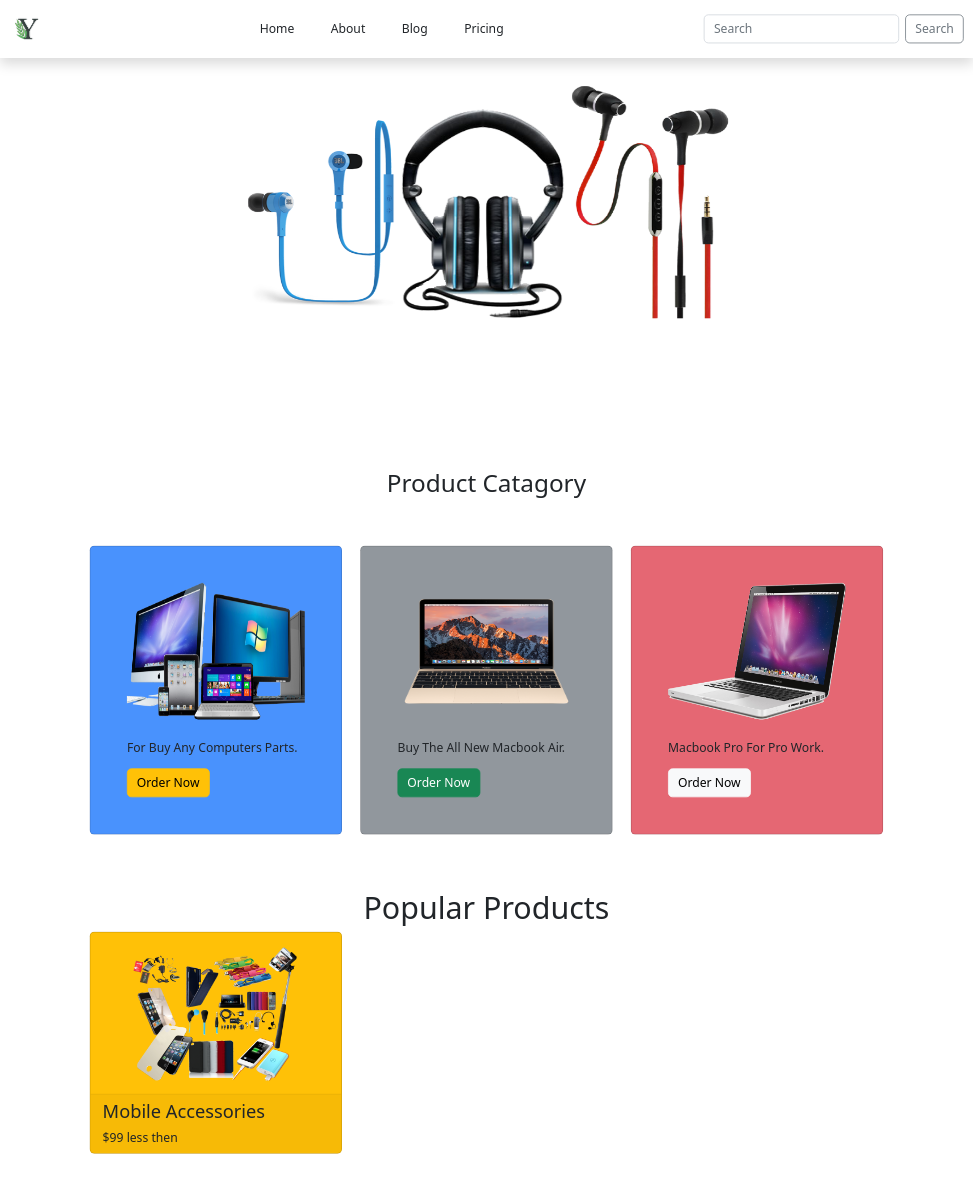
Repository: Mafuzurrahmanoli/E-Commerce-Website
Page: index.html
The author's editor kept a copy of each file at every save. The page is drawn from the files as they stood at one save, then again after the next save.
The browser window is 1280 px wide. The pictures show the whole page, at 76% of full size.

Above is the page before, as saved 2023-09-16 12:09:15.

### index.html
<!DOCTYPE html>
<html lang="en">

<head>
  <title>E-Commerce Website</title>
  <!-- Required meta tags -->
  <meta charset="utf-8" />
  <meta name="viewport" content="width=device-width, initial-scale=1, shrink-to-fit=no" />

  <!-- Bootstrap CSS v5.2.1 -->
  <link href="https://cdn.jsdelivr.net/npm/bootstrap@5.2.1/dist/css/bootstrap.min.css" rel="stylesheet"
    integrity="sha384-iYQeCzEYFbKjA/T2uDLTpkwGzCiq6soy8tYaI1GyVh/UjpbCx/TYkiZhlZB6+fzT" crossorigin="anonymous" />
  <link rel="stylesheet" href="css/style.css" />
  <link rel="shortcut icon" href="img/favicon.png" type="image/x-icon">
</head>

<body>
  <header>
    <!-- place navbar here -->
    <nav class="navbar navbar-expand-lg navbar-light shadow">
      <div class="container-fluid">
        <a class="navbar-brand" href="#"" target=" _blank">
          <img src="img/logo.png" alt="logo" style="width: 50px;">
        </a>
        <button class="navbar-toggler" type="button" data-bs-toggle="collapse" data-bs-target="#navbarSupportedContent"
          aria-controls="navbarSupportedContent" aria-expanded="false" aria-label="Toggle navigation">
          <span class="navbar-toggler-icon"></span>
        </button>
        <div class="collapse navbar-collapse" id="navbarSupportedContent">
          <ul class="navbar-nav me-auto mb-2 mb-lg-0 mx-auto">
            <li class="nav-item mx-3">
              <a class="nav-link active text-dark" aria-current="page" href="#">Home</a>
            </li>
            <li class="nav-item mx-3">
              <a class="nav-link text-dark" href="#">About</a>
            </li>
            <li class="nav-item mx-3">
              <a class="nav-link text-dark" href="#">Blog</a>
            </li>
            <li class="nav-item mx-3">
              <a class="nav-link text-dark" href="#">Pricing</a>
            </li>
          </ul>
          <form class="d-flex" role="search">
            <input class="form-control me-2" type="search" placeholder="Search" aria-label="Search">
            <button class="btn btn-outline-secondary" type="submit">Search</button>
          </form>
        </div>
      </div>
    </nav>
    <!-- Navbar end here -->
    <!-- Slider Start -->
    <div class="container">
      <div class="row">
        <div class=" col-md-11 mx-auto mt-4">
          <div id="carouselExampleIndicators" class="carousel slide" style="height: 500px; width: 80%; margin: auto;;">
            <div class="carousel-indicators" style="background-color: transparent;">
              <button type="button" data-bs-target="#carouselExampleIndicators" data-bs-slide-to="0" class="active"
                aria-current="true" aria-label="Slide 1"></button>
              <button type="button" data-bs-target="#carouselExampleIndicators" data-bs-slide-to="1"
                aria-label="Slide 2"></button>
              <button type="button" data-bs-target="#carouselExampleIndicators" data-bs-slide-to="2"
                aria-label="Slide 3"></button>
            </div>
            <div class="carousel-inner">
              <div class="carousel-item active">
                <img src="img/headphone.png" class="d-block w-100" alt="headphone">
              </div>
              <div class="carousel-item">
                <img src="img/macbook pro.png" class="d-block w-100" alt="macbook">
              </div>
              <div class="carousel-item">
                <img src="img/computer.png" class="d-block w-100" alt="computer">
              </div>
            </div>
            <button class="carousel-control-prev" type="button" data-bs-target="#carouselExampleIndicators"
              data-bs-slide="prev">
              <span class="carousel-control-prev-icon" aria-hidden="true" style="background-color: transparent;"></span>
              <span class="visually-hidden">Previous</span>
            </button>
            <button class="carousel-control-next" type="button" data-bs-target="#carouselExampleIndicators"
              data-bs-slide="next">
              <span class="carousel-control-next-icon" aria-hidden="true" style="background-color: transparent;"></span>
              <span class="visually-hidden">Next</span>
            </button>
          </div>
        </div>
      </div>
    </div>
    <!-- Slider End -->
  </header>
  <main>
    <!-- Product catagory section start -->
    <div class="container">
      <h2 class="text-center text-capitalize p-3">product catagory</h2>
      <div class="row justify-content-between m-4 row-cols-1 row-cols-md-2 row-cols-lg-3 g-4">
        <div class="col">
          <div class="card bg-primary bg-opacity-75">
            <div class="card-body p-5">
              <img src="img/computer.png" alt="computer" class="w-100">
              <p class="text-capitalize mt-4">For buy any computers parts.</p>
              <a href="#" target="_blank" class="btn btn-warning text-capitalize">order now</a>
            </div>
          </div>
        </div>
        <div class="col">
          <div class="card bg-secondary bg-opacity-75">
            <div class="card-body p-5">
              <img src="img/macbook air.png" alt="macbook air" class="w-100">
              <p class="text-capitalize mt-4">buy the all new macbook air.</p>
              <a href="#" target="_blank" class="btn btn-success text-capitalize">order now</a>
            </div>
          </div>
        </div>
        <div class="col">
          <div class="card bg-danger bg-opacity-75">
            <div class="card-body p-5">
              <img src="img/macbook pro.png" alt="macbook pro" class="w-100">
              <p class="text-capitalize mt-4">macbook pro for pro work.</p>
              <a href="#" target="_blank" class="btn btn-light text-capitalize">order now</a>
            </div>
          </div>
        </div>
      </div>
    </div>
    <!-- Product catagory section end -->
    <!-- Popular product section start -->
    <div class="container p-5">
      <h1 class="text-center text-capitalize">popular products</h1>
      <div class="row row-cols-1 row-cols-md-2 row-cols-lg-3">
        <div class="col">
          <div class="card bg-warning">
            <div class="card-body d-flex">
              <img class="w-75 mx-auto" src="img/Mobile.png" alt="">
            </div>
            <div class="card-footer">
              <h4 class="text-capitalize">Mobile accessories</h4>
              <span>$99 less then</span>
            </div>
          </div>
        </div>
      </div>
    </div>
    <!-- Popular product section end -->
  </main>
  <footer>
    <!-- place footer here -->
  </footer>
  <!-- Bootstrap JavaScript Libraries -->
  <script src="https://cdn.jsdelivr.net/npm/@popperjs/core@2.11.6/dist/umd/popper.min.js"
    integrity="sha384-oBqDVmMz9ATKxIep9tiCxS/Z9fNfEXiDAYTujMAeBAsjFuCZSmKbSSUnQlmh/jp3"
    crossorigin="anonymous"></script>

  <script src="https://cdn.jsdelivr.net/npm/bootstrap@5.2.1/dist/js/bootstrap.min.js"
    integrity="sha384-7VPbUDkoPSGFnVtYi0QogXtr74QeVeeIs99Qfg5YCF+TidwNdjvaKZX19NZ/e6oz"
    crossorigin="anonymous"></script>
</body>

</html>

### css/style.css
* {
    margin: 0;
    padding: 0;
    outline: 0;
}

.carousel-inner img {
    height: 50vh;
}
.card-body img{
    height: 25vh;
}

After the next save:
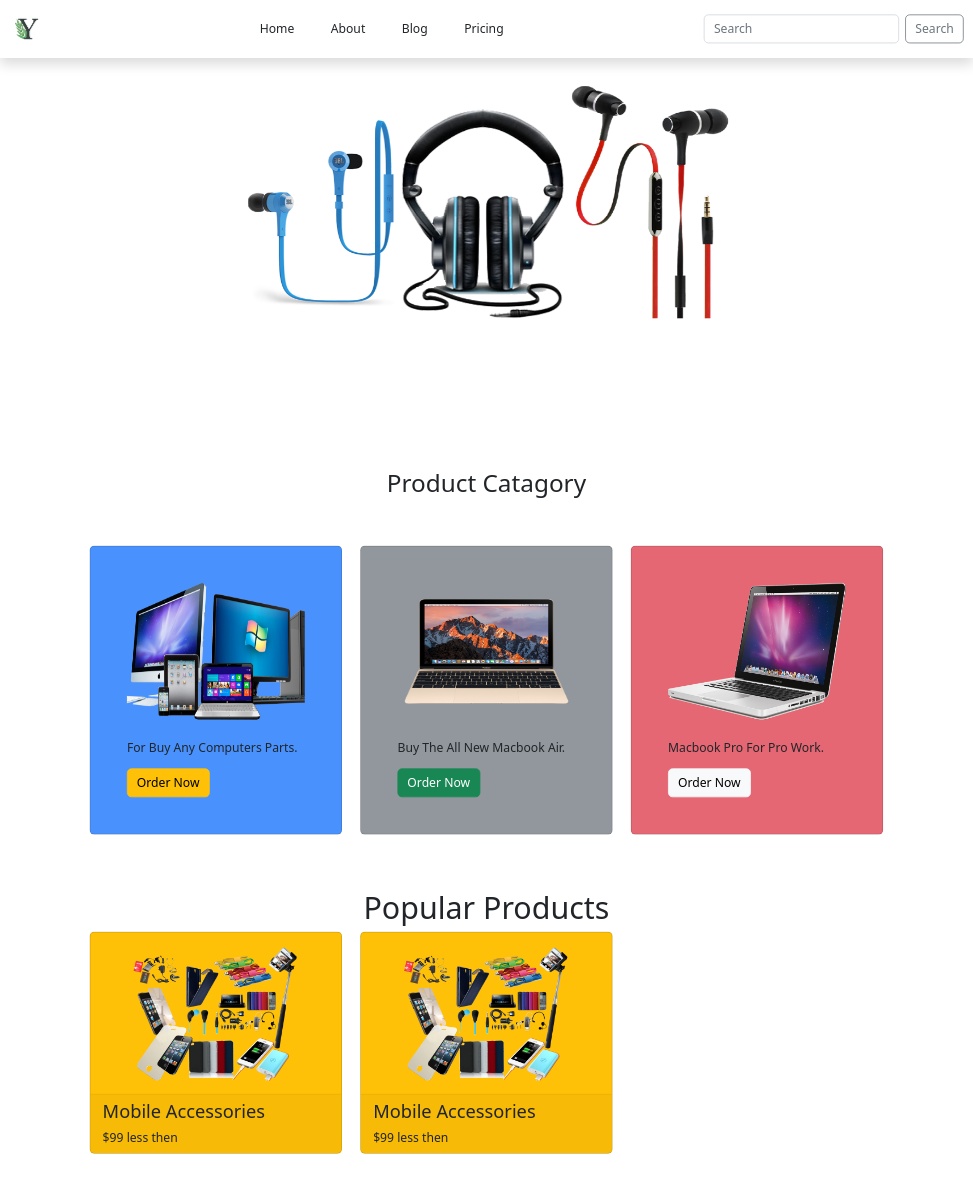
Saved 81 s later.
--- a/index.html
+++ b/index.html
@@ -139,6 +139,17 @@
             </div>
           </div>
         </div>
+        <div class="col">
+          <div class="card bg-warning">
+            <div class="card-body d-flex">
+              <img class="w-75 mx-auto" src="img/Mobile.png" alt="">
+            </div>
+            <div class="card-footer">
+              <h4 class="text-capitalize">Mobile accessories</h4>
+              <span>$99 less then</span>
+            </div>
+          </div>
+        </div>
       </div>
     </div>
     <!-- Popular product section end -->
